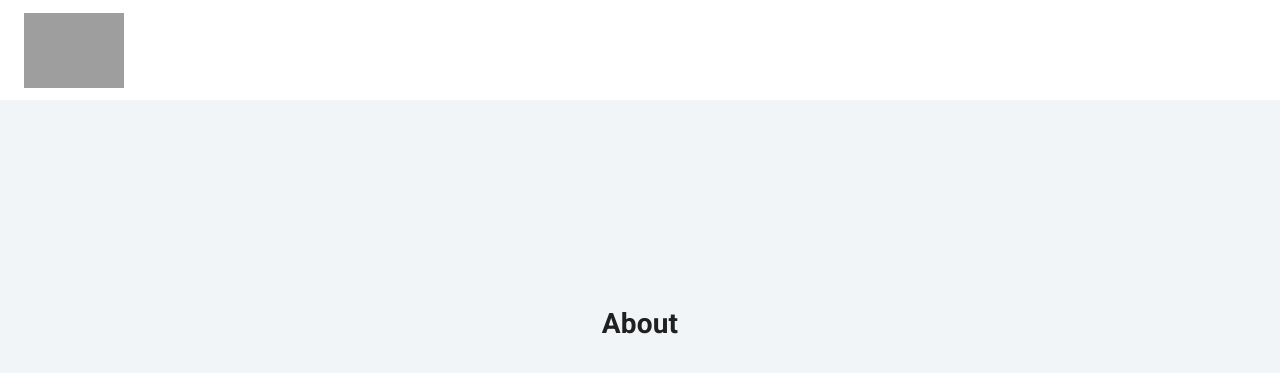
Repository: vinuvish/groundstandards_react
Page: /
An editor plug-in stored every save of this project. The page is shown before and after the next save, followed by the edit.
The browser window is 1280 px wide. The pictures show the whole page.
Pictures or frames that could not be fetched are drawn as grey boxes. The page's requests for data from a server got no answer. The project was rebuilt for these pictures with package versions that can differ from the ones it lists, and the page was loaded fresh each time. No one was signed in, and anything a server would have sent is missing. Also part of the build but not shown: src/pages/app/NotFoundPage.tsx, src/pages/app/SignUpPage.tsx, src/pages/app/AboutPage.tsx, src/pages/app/OurSolutionPage.tsx, src/pages/app/OurPartnerPage.tsx, src/pages/app/ResourcePage.tsx, src/pages/app/PressPage.tsx, src/pages/app/BlockPage.tsx and 1 more.

Above is the page before, as saved 2020-11-25 22:42:14.

### public/index.html
<!DOCTYPE html>
<html lang="en">
  <head>
    <meta charset="utf-8" />
    <link rel="icon" href="%PUBLIC_URL%/favicon.png" />
    <meta name="viewport" content="width=device-width, initial-scale=1" />
    <meta name="theme-color" content="#000000" />
    <meta name="description" content="Web site created using create-react-app" />
    <link rel="apple-touch-icon" href="%PUBLIC_URL%/logo192.png" />
    <link rel="stylesheet" href="https://fonts.googleapis.com/css?family=Roboto:300,400,500,700&display=swap" />
    <link rel="stylesheet" href="https://fonts.googleapis.com/icon?family=Material+Icons" />
    <!--
      manifest.json provides metadata used when your web app is installed on a
      user's mobile device or desktop. See https://developers.google.com/web/fundamentals/web-app-manifest/
    -->
    <link rel="manifest" href="%PUBLIC_URL%/manifest.json" />
    <!--
      Notice the use of %PUBLIC_URL% in the tags above.
      It will be replaced with the URL of the `public` folder during the build.
      Only files inside the `public` folder can be referenced from the HTML.

      Unlike "/favicon.ico" or "favicon.ico", "%PUBLIC_URL%/favicon.ico" will
      work correctly both with client-side routing and a non-root public URL.
      Learn how to configure a non-root public URL by running `npm run build`.
    -->
    <title>Ground Standard</title>
  </head>
  <body>
    <noscript>You need to enable JavaScript to run this app.</noscript>
    <div id="root"></div>
    <!--
      This HTML file is a template.
      If you open it directly in the browser, you will see an empty page.

      You can add webfonts, meta tags, or analytics to this file.
      The build step will place the bundled scripts into the <body> tag.

      To begin the development, run `npm start` or `yarn start`.
      To create a production bundle, use `npm run build` or `yarn build`.
    -->
  </body>
</html>

### src/App.tsx
import { CssBaseline, MuiThemeProvider, StylesProvider } from '@material-ui/core';
import { SnackbarProvider } from 'notistack';
import React from 'react';
import { theme } from './app_utils/MuiTheme';
import AppRouterRoutes from './AppRoutes';
import { useAppStore } from './models_stores/appStore';

function App() {
  const streamAuthUser = useAppStore((state) => state.streamAuthUser);
  const streamProducts = useAppStore((state) => state.streamDocuments);
  const streamCategories = useAppStore((state) => state.streamNotifications);
  const streamUsers = useAppStore((state) => state.streamUsers);

  React.useEffect(() => {
    streamAuthUser();
    streamCategories();
    streamUsers();
    streamProducts();
  }, []); // eslint-disable-line

  return (
    <SnackbarProvider maxSnack={3} anchorOrigin={{ vertical: 'bottom', horizontal: 'right' }}>
      <MuiThemeProvider theme={theme}>
        <CssBaseline />
        <StylesProvider injectFirst>
          <AppRouterRoutes></AppRouterRoutes>
        </StylesProvider>
      </MuiThemeProvider>
    </SnackbarProvider>
  );
}

export default App;

### src/app_utils/MuiTheme.tsx
import { createMuiTheme } from '@material-ui/core/styles';
import { BreakpointOverrides } from '@material-ui/core/styles/createBreakpoints';
import { Shadows } from '@material-ui/core/styles/shadows';

declare module '@material-ui/core/styles/createBreakpoints' {
  interface BreakpointOverrides {
    xs: true;
    sm: true;
    md: true;
    lg: true;
    xl: true;
    tablet: true;
    laptop: true;
    desktop: true;
  }
}

export const theme = createMuiTheme({
  breakpoints: {
    values: { xs: 0, sm: 600, md: 960, lg: 1280, xl: 1920, tablet: 400, laptop: 900, desktop: 1200 }
  },

  shadows: Array(25).fill('none') as Shadows,

  props: {
    MuiInput: { disableUnderline: true },
    MuiButton: { disableElevation: true },
    MuiButtonBase: { disableRipple: true },
    MuiPaper: { elevation: 0 },
    MuiCard: { elevation: 0 },
    MuiDivider: { color: 'white' },
    MuiOutlinedInput: {}
  },
  overrides: {
    MuiPaper: {
      root: {
        elevation: 0
      }
    },
    MuiCard: {
      root: {
        elevation: 0
      }
    },
    MuiButton: {
      root: {
        textTransform: 'capitalize'
      }
    }
  },
  palette: {
    background: {
      default: '#F2F5F7'
    }
  }
});

export const breakpoint = {
  xs: `(min-width: 0px)`,
  sm: `(min-width: 576px)`,
  md: `(min-width: 768px)`,
  lg: `(min-width: 992px)`,
  xl: `(min-width: 1200px)`
};

### src/AppRoutes.tsx
import { Container, createStyles, Grid, makeStyles, Theme } from '@material-ui/core';
import React from 'react';
import { Route, Router, Switch } from 'react-router-dom';
import ZAppBar from './components/ZAppBar';
import ZAppBarDrawer from './components/ZAppBarDrawer';
import NotFoundPage from './pages/app/NotFoundPage';
import SignUpPage from './pages/app/SignUpPage';
import history from './app_utils/History';
import AboutPage from './pages/app/AboutPage';
import OurSolutionPage from './pages/app/OurSolutionPage';
import OurPartnerPage from './pages/app/OurPartnerPage';
import ResourcePage from './pages/app/ResourcePage';
import PressPage from './pages/app/PressPage';
import BlockPage from './pages/app/BlockPage';
import ContactPage from './pages/app/ContactPage';
import AppHomePage from './pages/app/AppHomePage';

const AppRouterRoutes = () => {
  const classes = useStyles();

  return (
    <Router history={history}>

      <ZAppBar />
      <Switch>{[AppRoutes]}</Switch>
    </Router>


  );
};


const AppRoutes = [
  <Route exact path='/' component={AppHomePage} />,
  <Route exact path='/aboutUs' component={AboutPage} />,
  <Route exact path='/signUp' component={SignUpPage} />,
  <Route exact path='/ourSolution' component={OurSolutionPage} />,
  <Route exact path='/ourPartner' component={OurPartnerPage} />,
  <Route exact path='/resource' component={ResourcePage} />,
  <Route exact path='/press' component={PressPage} />,
  <Route exact path='/blog' component={BlockPage} />,
  <Route exact path='/contact' component={ContactPage} />,
  <Route component={NotFoundPage} />
];

const useStyles = makeStyles((theme: Theme) =>
  createStyles({
    grid: {
      display: 'flex'
    },
    containerAuthenticated: {
      margin: 'auto',
      marginTop: 68,
      padding: 20,
      width: `calc(100% - 240px)`,
      [theme.breakpoints.down('md')]: {
        width: '100%'
      }
    },
    containerUnauthenticated: {}
  })
);

export default AppRouterRoutes;

### src/models_stores/appStore.ts
import { mountStoreDevtool } from 'simple-zustand-devtools';
import create from 'zustand';
import { fireAuth, fireFirestore } from '../firebase/firebase';
import { AuthUser } from '../models/AuthUserModel';
import { DocumentModel } from '../models/DocumentModel';
import { NotificationModel } from '../models/NotificationModel';

type State = {
  documents: DocumentModel[];
  streamDocuments: () => void;

  notifications: NotificationModel[];
  streamNotifications: () => void;

  users: AuthUser[];
  streamUsers: () => void;

  isInitializing?: boolean;
  authUser: AuthUser | null;
  streamAuthUser: () => void;
};

export const useAppStore = create<State>((set, get) => ({
  /* ------------------------------ NOTE AUTHUSER ----------------------------- */
  isInitializing: true,
  authUser: null,

  streamAuthUser: () => {
    fireAuth.onAuthStateChanged(async (user) => {
      if (user) {
        const query = await fireFirestore.collection('users').doc(user.uid).get();

        const authUser = AuthUser.fromFirestore(query);

        set((state) => {
          return { ...state, authUser: authUser, isInitializing: false };
        });
      } else {
        set((state) => {
          return { ...state, authUser: null, isInitializing: false };
        });
      }
    });
  },

  /* ------------------------------ NOTE Users ----------------------------- */
  users: [],

  streamUsers: () => {
    if (get().users.length === 0)
      fireFirestore.collection('users').onSnapshot((querySnapshot: firebase.firestore.QuerySnapshot<firebase.firestore.DocumentData>) => {
        let users: AuthUser[] = [];
        querySnapshot.docs.forEach((docSnapshot) => {
          const res = AuthUser.fromFirestore(docSnapshot);
          if (res) users.push(res);
        });

        set((state) => {
          return { ...state, users: users };
        });
      });
  },
  /* ------------------------------ NOTE PRODUCTS ----------------------------- */
  documents: [],

  streamDocuments: () => {
    if (get().documents.length === 0)
      fireFirestore
        .collection('documents')
        .limit(200)
        .onSnapshot((querySnapshot: firebase.firestore.QuerySnapshot<firebase.firestore.DocumentData>) => {
          let documents: DocumentModel[] = [];

          querySnapshot.docs.forEach((docSnapshot) => {
            const res = DocumentModel.fromFirestore(docSnapshot);
            if (res) documents.push(res);
          });

          set((state) => {
            return { ...state, documents: documents };
          });
        });
  },

  notifications: [],
  streamNotifications: () => {
    if (get().notifications.length === 0)
      fireFirestore.collection('notifications').onSnapshot((querySnapshot: firebase.firestore.QuerySnapshot<firebase.firestore.DocumentData>) => {
        let notifications: NotificationModel[] = [];

        querySnapshot.docs.forEach((docSnapshot) => {
          const res = NotificationModel.fromFirestore(docSnapshot);
          if (res) notifications.push(res);
        });

        set((state) => {
          return { ...state, notifications: notifications };
        });
      });
  }
}));

if (process.env.NODE_ENV === 'development') {
  mountStoreDevtool('Store', useAppStore);
}

### src/components/ZAppBar.tsx
import AppBar from '@material-ui/core/AppBar';
import Badge from '@material-ui/core/Badge';
import IconButton from '@material-ui/core/IconButton';
import Menu from '@material-ui/core/Menu';
import MenuItem from '@material-ui/core/MenuItem';
import { createStyles, makeStyles, Theme } from '@material-ui/core/styles';
import Toolbar from '@material-ui/core/Toolbar';
import Typography from '@material-ui/core/Typography';
import AccountCircle from '@material-ui/icons/AccountCircle';
import MailIcon from '@material-ui/icons/Mail';
import MenuIcon from '@material-ui/icons/Menu';
import MoreIcon from '@material-ui/icons/MoreVert';
import NotificationsIcon from '@material-ui/icons/Notifications';
import React from 'react';
import { fireFirebase } from '../firebase/firebase';
import ZAppBarDrawerTemp from './ZAppBarDrawerTemp';
import history from '../app_utils/History';

export default function ZAppBar() {
  const classes = useStyles();
  const [drawerTemporary, setDrawerTemporary] = React.useState(false);
  const [anchorEl, setAnchorEl] = React.useState<null | HTMLElement>(null);
  const [mobileMoreAnchorEl, setMobileMoreAnchorEl] = React.useState<null | HTMLElement>(null);

  const isMenuOpen = Boolean(anchorEl);
  const isMobileMenuOpen = Boolean(mobileMoreAnchorEl);

  const handleTemporaryDrawer = () => {
    setDrawerTemporary((prev) => !prev);
  };

  const handleProfileMenuOpen = (event: React.MouseEvent<HTMLElement>) => {
    setAnchorEl(event.currentTarget);
  };

  const handleMobileMenuClose = () => {
    setMobileMoreAnchorEl(null);
  };

  const handleMenuClose = () => {
    setAnchorEl(null);
    handleMobileMenuClose();
  };

  const handleMobileMenuOpen = (event: React.MouseEvent<HTMLElement>) => {
    setMobileMoreAnchorEl(event.currentTarget);
  };

  const signOut = async () => {
    await fireFirebase.auth().signOut();
    history.push('/signIn');
  };

  const menuId = 'primary-search-account-menu';
  const renderMenu = (
    <Menu
      anchorEl={anchorEl}
      anchorOrigin={{ vertical: 'top', horizontal: 'right' }}
      id={menuId}
      keepMounted
      transformOrigin={{ vertical: 'top', horizontal: 'right' }}
      open={isMenuOpen}
      onClose={handleMenuClose}
    >
      <MenuItem
        onClick={() => {
          handleMenuClose();
          signOut();
        }}
      >
        Sign Out
      </MenuItem>
    </Menu>
  );

  const mobileMenuId = 'primary-search-account-menu-mobile';
  const renderMobileMenu = (
    <Menu
      anchorEl={mobileMoreAnchorEl}
      anchorOrigin={{ vertical: 'top', horizontal: 'right' }}
      id={mobileMenuId}
      keepMounted
      transformOrigin={{ vertical: 'top', horizontal: 'right' }}
      open={isMobileMenuOpen}
      onClose={handleMobileMenuClose}
    >
      <MenuItem>
        <IconButton aria-label='show 4 new mails' color='inherit'>
          <Badge badgeContent={4} color='secondary'>
            <MailIcon />
          </Badge>
        </IconButton>
        <p>Messages</p>
      </MenuItem>
      <MenuItem>
        <IconButton aria-label='show 11 new notifications' color='inherit'>
          <Badge badgeContent={11} color='secondary'>
            <NotificationsIcon />
          </Badge>
        </IconButton>
        <p>Notifications</p>
      </MenuItem>
      <MenuItem onClick={handleProfileMenuOpen}>
        <IconButton aria-label='account of current user' aria-controls='primary-search-account-menu' aria-haspopup='true' color='inherit'>
          <AccountCircle />
        </IconButton>
        <p>Profile</p>
      </MenuItem>
    </Menu>
  );

  return (
    <div className={classes.grow}>
      <AppBar className={classes.appBar} position='fixed' elevation={2} color="inherit">
        <Toolbar className={classes.toolBar} >
          <img src="http://groundstandards.com/wp-content/uploads/GS-logo-300.png" alt="logo" className={classes.logo} />


        </Toolbar>


      </AppBar>

    </div>
  );
}

const useStyles = makeStyles((theme: Theme) =>
  createStyles({
    appBar: {
      zIndex: theme.zIndex.drawer + 1
    },
    grow: {
      flexGrow: 1
    },
    menuButton: {
      display: 'none',
      marginRight: theme.spacing(2),
      [theme.breakpoints.down('md')]: {
        display: 'flex'
      }
    },
    title: {
      display: 'block'
    },

    content: {
      flexGrow: 1,
      padding: theme.spacing(3)
    },
    sectionDesktop: {
      display: 'flex',
      [theme.breakpoints.down('md')]: {
        display: 'none'
      }
    },
    sectionMobile: {
      display: 'none',
      [theme.breakpoints.down('md')]: {
        display: 'flex'
      }
    },
    logo: {
      maxWidth: 100,
    },
    toolBar: {
      height: 100,
    }
  })
);

### src/app_utils/History.tsx
import { createBrowserHistory } from 'history';
export default createBrowserHistory({});

### src/pages/app/AppHomePage.tsx

import * as React from 'react';
import { makeStyles, Theme } from '@material-ui/core/styles';

interface Props { }

const AppHomePage: React.FC<Props> = () => {
    const classes = useStyles();
    return <div
        style={{
            display: 'flex',
            justifyContent: 'center',
            alignItems: 'center',
            height: '90vh'
        }}
    >
        <h1>About</h1>
    </div>
};

const useStyles = makeStyles((theme: Theme) => ({
    root: {}
}));

AppHomePage.defaultProps = {};

export default AppHomePage;

### src/firebase/firebase.tsx
import firebase from 'firebase/app';
import 'firebase/firestore';
import 'firebase/auth';
import 'firebase/storage';

const firebaseConfig = {
  apiKey: 'AIzaSyBWf1JYtcld5rEhou2YyANxAtl20AylP80',
  authDomain: 'groundstandards-8a1dd.firebaseapp.com',
  databaseURL: 'https://groundstandards-8a1dd.firebaseio.com',
  projectId: 'groundstandards-8a1dd',
  storageBucket: 'groundstandards-8a1dd.appspot.com',
  messagingSenderId: '137110708999',
  appId: '1:137110708999:web:ab0b42be7878425a805ba2',
  measurementId: 'G-V8H0LZB9DH'
};

if (!firebase.apps.length) firebase.initializeApp(firebaseConfig);

const firestore = firebase.firestore();
const auth = firebase.auth();

export { firebase as fireFirebase, firestore as fireFirestore, auth as fireAuth };

### src/models/AuthUserModel.ts
export class AuthUser implements IAuthUser {
  email: string;
  firstName: string;
  id: string;
  lastName: string;
  isActive: boolean;
  isAdmin: boolean;
  timestampAdded: Date;
  timestampLastLogin: Date;

  constructor(x: IAuthUser) {
    this.email = x.email;
    this.firstName = x.firstName;
    this.id = x.id;
    this.lastName = x.lastName;
    this.isActive = x.isActive;
    this.isAdmin = x.isAdmin;
    this.timestampAdded = x.timestampAdded;
    this.timestampLastLogin = x.timestampLastLogin;
  }

  static fromFirestore(doc: firebase.firestore.DocumentSnapshot<firebase.firestore.DocumentData>): AuthUser | null {
    const data = doc.data();
    if (!data) return null;

    return new AuthUser({
      email: data['email'] ?? '',
      firstName: data['firstName'] ?? '',
      id: doc.id,
      lastName: data['lastName'] ?? '',
      isActive: data['isActive'] ?? true,
      isAdmin: data['isAdmin'] ?? false,
      timestampAdded: data['timestampAdded']?.toDate() ?? new Date(),
      timestampLastLogin: data['timestampLastLogin']?.toDate() ?? new Date()
    });
  }

  getFullName(): string {
    return `${this.firstName} ${this.lastName}`;
  }
}

interface IAuthUser {
  email: string;
  firstName: string;
  id: string;
  lastName: string;
  isActive: boolean;
  isAdmin: boolean;
  timestampAdded: Date;
  timestampLastLogin: Date;
}
export interface IAuthUserRegister {
  email: string;
  firstName: string;
  lastName: string;
  password: string;
  isAdmin: boolean;
}

export interface IAuthUserUpdate {
  id: string;
  firstName: string;
  lastName: string;
  isActive: boolean;
  isAdmin: boolean;
}

### src/models/DocumentModel.ts
export class DocumentModel implements IEventModel {
  driversLicenseFront: DocumentItem | null;
  driversLicenseBack: DocumentItem | null;
  driversInsuranceCardFront: DocumentItem | null;
  driversInsuranceCardBack: DocumentItem | null;
  driversVehicleRegistrationFront: DocumentItem | null;
  driversVehicleRegistrationBack: DocumentItem | null;
  driversTaxiLimousineIdFront: DocumentItem | null;
  driversTaxiLimousineIdBack: DocumentItem | null;
  driversPicture: DocumentItem | null;
  id: string;
  uid: string;
  email: string;
  firstName: string;
  lastName: string;
  timestampCreated: Date;
  state: string;
  note: string;

  constructor(x: IEventModel) {
    {
      this.driversInsuranceCardBack = x.driversInsuranceCardBack;
      this.driversInsuranceCardFront = x.driversInsuranceCardFront;
      this.driversLicenseBack = x.driversLicenseBack;
      this.driversLicenseFront = x.driversLicenseFront;
      this.driversPicture = x.driversPicture;
      this.driversTaxiLimousineIdBack = x.driversTaxiLimousineIdBack;
      this.driversTaxiLimousineIdFront = x.driversTaxiLimousineIdFront;
      this.driversVehicleRegistrationBack = x.driversVehicleRegistrationBack;
      this.driversVehicleRegistrationFront = x.driversVehicleRegistrationFront;
      this.email = x.email;
      this.firstName = x.firstName;
      this.id = x.id;
      this.lastName = x.lastName;
      this.note = x.note;
      this.state = x.state;
      this.timestampCreated = x.timestampCreated;
      this.uid = x.uid;
    }
  }

  getFullName(): string {
    return `${this.firstName} ${this.lastName}`;
  }

  getTotalDocuments(): string {
    let totaldocuments = 0;
    if (this.driversInsuranceCardBack?.imageUrl) totaldocuments += 1;
    if (this.driversInsuranceCardFront?.imageUrl) totaldocuments += 1;
    if (this.driversLicenseBack?.imageUrl) totaldocuments += 1;
    if (this.driversLicenseFront?.imageUrl) totaldocuments += 1;
    if (this.driversTaxiLimousineIdBack?.imageUrl) totaldocuments += 1;
    if (this.driversTaxiLimousineIdFront?.imageUrl) totaldocuments += 1;
    if (this.driversVehicleRegistrationBack?.imageUrl) totaldocuments += 1;
    if (this.driversVehicleRegistrationFront?.imageUrl) totaldocuments += 1;
    if (this.driversPicture?.imageUrl) totaldocuments += 1;
    return `${totaldocuments}/9 documents`;
  }

  static fromFirestore(doc: firebase.firestore.DocumentSnapshot<firebase.firestore.DocumentData>): DocumentModel | null {
    const data = doc.data();
    if (!data) return null;
    return new DocumentModel({
      id: doc.id,
      driversInsuranceCardBack: DocumentItem.fromMap(data['driversInsuranceCardBack']),
      driversInsuranceCardFront: DocumentItem.fromMap(data['driversInsuranceCardFront']),
      driversLicenseBack: DocumentItem.fromMap(data['driversLicenseBack']),
      driversLicenseFront: DocumentItem.fromMap(data['driversLicenseFront']),
      driversPicture: DocumentItem.fromMap(data['driversPicture']),
      driversTaxiLimousineIdBack: DocumentItem.fromMap(data['driversTaxiLimousineIdBack']),
      driversTaxiLimousineIdFront: DocumentItem.fromMap(data['driversTaxiLimousineIdFront']),
      driversVehicleRegistrationBack: DocumentItem.fromMap(data['driversVehicleRegistrationBack']),
      driversVehicleRegistrationFront: DocumentItem.fromMap(data['driversVehicleRegistrationFront']),
      email: data['email'],
      firstName: data['firstName'],
      lastName: data['lastName'],
      note: data['note'],
      state: data['state'],
      timestampCreated: data['timestampCreated'].toDate() ?? new Date(),
      uid: data['uid']
    });
  }
}

interface IEventModel {
  driversLicenseFront: DocumentItem | null;
  driversLicenseBack: DocumentItem | null;
  driversInsuranceCardFront: DocumentItem | null;
  driversInsuranceCardBack: DocumentItem | null;
  driversVehicleRegistrationFront: DocumentItem | null;
  driversVehicleRegistrationBack: DocumentItem | null;
  driversTaxiLimousineIdFront: DocumentItem | null;
  driversTaxiLimousineIdBack: DocumentItem | null;
  driversPicture: DocumentItem | null;
  id: string;
  uid: string;
  email: string;
  firstName: string;
  lastName: string;
  timestampCreated: Date;
  state: string;
  note: string;
}

class DocumentItem implements IDocumentItem {
  isVerified: boolean;
  isRejected: boolean;
  imageUrl: string;
  timestampCreated: Date;

  constructor(x: IDocumentItem) {
    this.isRejected = x.isRejected;
    this.isVerified = x.isVerified;
    this.imageUrl = x.imageUrl;
    this.timestampCreated = x.timestampCreated;
  }

  toMap() {
    return {
      isVerified: this.isVerified,
      isRejected: this.isRejected,
      imageUrl: this.imageUrl,
      timestampCreated: this.timestampCreated
    };
  }

  static fromMap(map: any) {
    if (map == null) return null;

    return new DocumentItem({
      isVerified: map['isVerified'],
      isRejected: map['isRejected'],
      imageUrl: map['imageUrl'],
      timestampCreated: map['timestampCreated']?.toDate() ?? new Date()
    });
  }
}

interface IDocumentItem {
  isVerified: boolean;
  isRejected: boolean;
  imageUrl: string;
  timestampCreated: Date;
}

### src/models/NotificationModel.ts
export class NotificationModel implements IEventModel {
  body: string;
  title: string;
  linkUrl: string;
  id: string;
  timestampAdded: Date;

  constructor(x: IEventModel) {
    {
      this.id = x.id;
      this.linkUrl = x.linkUrl;
      this.body = x.body;
      this.timestampAdded = x.timestampAdded;
      this.title = x.title;
    }
  }

  static fromFirestore(doc: firebase.firestore.DocumentSnapshot<firebase.firestore.DocumentData>): NotificationModel | null {
    const data = doc.data();
    if (!data) return null;
    return new NotificationModel({
      body: data['body'] ?? '',
      id: doc.id,
      linkUrl: data['linkUrl'] ?? '',
      timestampAdded: data['timestampAdded']?.toDate() ?? Date.now(),
      title: data['title'] ?? ''
    });
  }
}

interface IEventModel {
  body: string;
  title: string;
  linkUrl: string;
  id: string;
  timestampAdded: Date;
}

Loaded but not shown: src/index.tsx (common file); src/styles/index.css (common file)

After the next save:
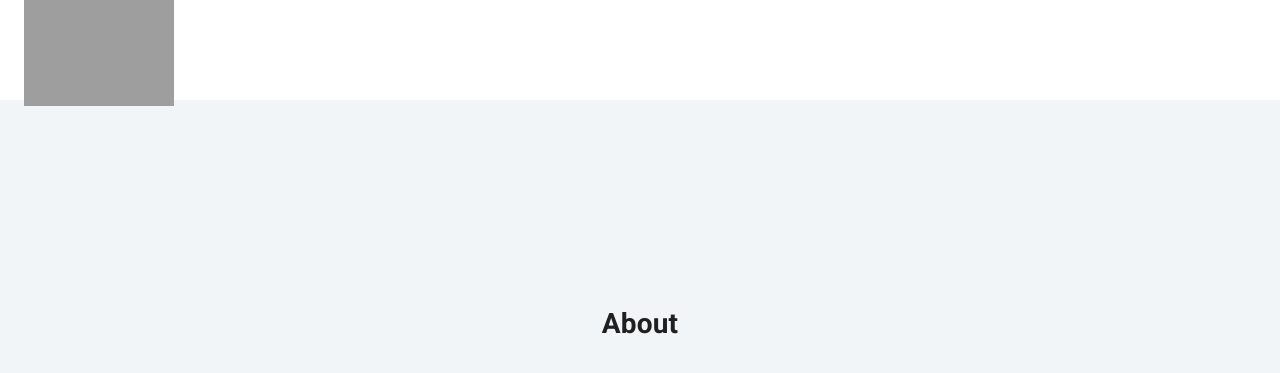
Saved 36 s later.
--- a/src/components/ZAppBar.tsx
+++ b/src/components/ZAppBar.tsx
@@ -161,7 +161,7 @@ const useStyles = makeStyles((theme: Theme) =>
       }
     },
     logo: {
-      maxWidth: 100,
+      maxWidth: 150,
     },
     toolBar: {
       height: 100,
